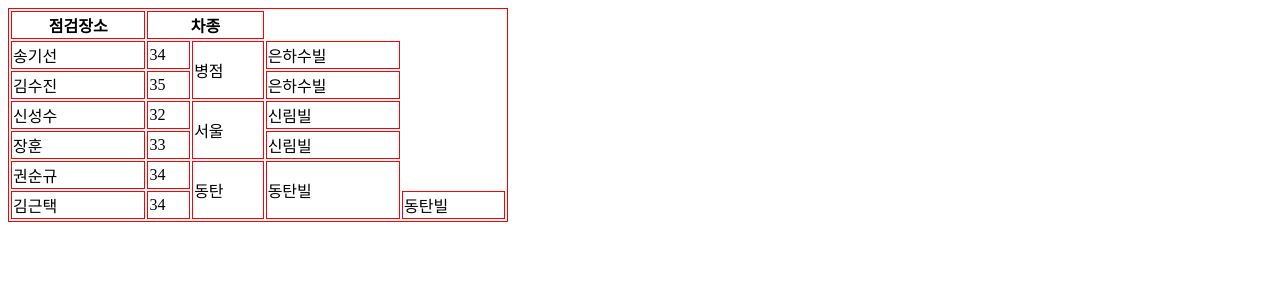
Repository: kisunssong/jsp
Page: http://localhost/test/tabletest.jsp
The author's editor kept a copy of each file at every save. The page is drawn from the files as they stood at one save, then again after the next save.
The browser window is 1280 px wide. The pictures show the whole page.
The page is served by Tomcat 9.

Above is the page before, as saved 2020-10-31 09:13:44.

### test/WebContent/tabletest.jsp
<%@ page language="java" contentType="text/html; charset=EUC-KR"
    pageEncoding="EUC-KR"%>
<html>
<head><title>테이블 생성 기초</title></head>
<body>
<table border="1" bordercolor="red" width="500">
	<thead>
		<tr>
			<th>점검장소</th><th colspan="2">차종</th>
		</tr>
	</thead>
	<tbody>
		<tr>
			<td>송기선</td><td>34</td><td rowspan="2">병점</td><td>은하수빌</td>
		</tr>
		<tr>
			<td>김수진</td><td>35</td><td>은하수빌</td>
		</tr>
		<tr>
			<td>신성수</td><td>32</td><td rowspan="2">서울</td><td>신림빌</td>
		</tr>
		<tr>
			<td>장훈</td><td>33</td><td>신림빌</td>
		</tr>
		<tr>
			<td>권순규</td><td>34</td><td rowspan="2">동탄</td><td rowspan="2">동탄빌</td>
		</tr>
		<tr>
			<td>김근택</td><td>34</td><td>동탄빌</td>
		</tr>
</table>
</body>
</html>

After the next save:
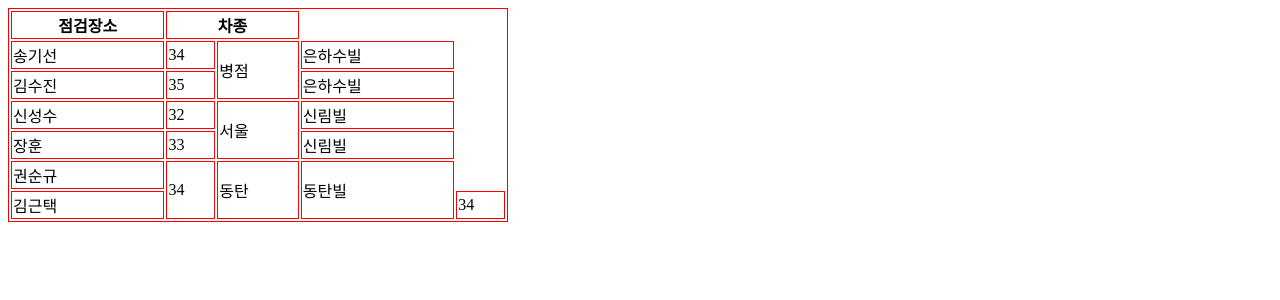
Saved 12 s later.
--- a/test/WebContent/tabletest.jsp
+++ b/test/WebContent/tabletest.jsp
@@ -23,10 +23,10 @@
 			<td>장훈</td><td>33</td><td>신림빌</td>
 		</tr>
 		<tr>
-			<td>권순규</td><td>34</td><td rowspan="2">동탄</td><td rowspan="2">동탄빌</td>
+			<td>권순규</td><td rowspan="2">34</td><td rowspan="2">동탄</td><td rowspan="2">동탄빌</td>
 		</tr>
 		<tr>
-			<td>김근택</td><td>34</td><td>동탄빌</td>
+			<td>김근택</td><td>34</td>
 		</tr>
 </table>
 </body>
